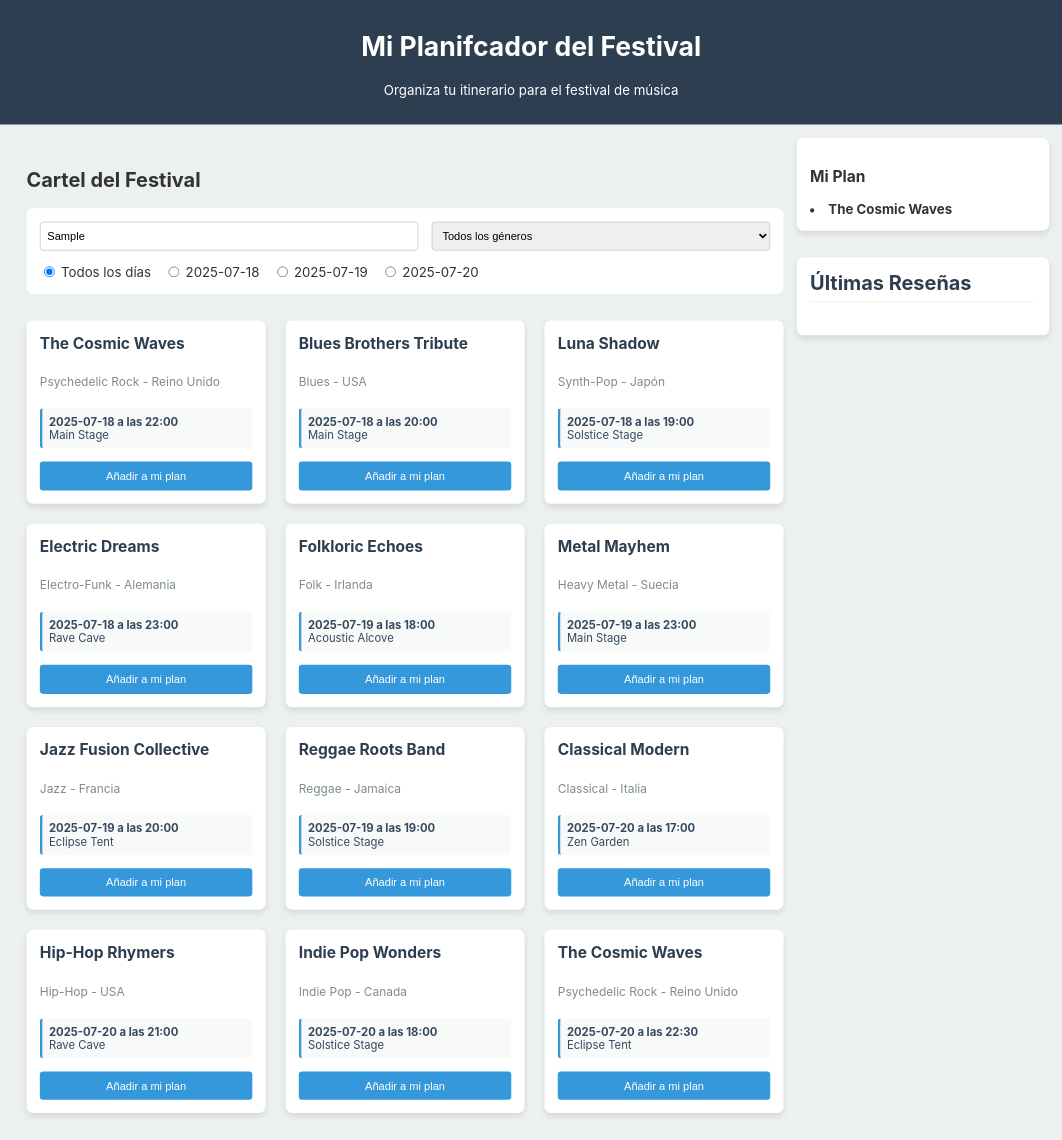
Repository: rotoforze/DWEC
Page: 2_examen_alexBernardos/index.html
The author's editor kept a copy of each file at every save. The page is drawn from the files as they stood at one save, then again after the next save.
The browser window is 1280 px wide. The pictures show the whole page, at 83% of full size.
Empty fields were first filled with sample values (such as "Sample", 5 or name@example.com).
After loading, the first visible `button.add-to-plan` was clicked once.

Above is the page before, as saved 2025-12-12 12:21:46.

### 2_examen_alexBernardos/index.html
<!DOCTYPE html>
<html lang="es">
<head>
    <meta charset="UTF-8">
    <meta name="viewport" content="width=device-width, initial-scale=1.0">
    <title>Festival</title>
    <link rel="stylesheet" href="css/style.css">
</head>
<body>
    <!-- Encabezado principal de la aplicación -->
    <header>
        <h1>Mi Planifcador del Festival</h1>
        <p>Organiza tu itinerario para el festival de música</p>
    </header>

    <!-- Contenedor principal de la aplicación: organiza el dashboard y la columna derecha -->
    <div class="container">
        <!-- Sección principal del dashboard: muestra el cartel del festival y los filtros -->
        <main id="dashboard">
            <h2>Cartel del Festival</h2>
            <!-- Formulario de filtros para buscar y categorizar artistas -->
            <form id="filter-form">
                <input type="text" id="search-name" placeholder="Buscar por nombre...">
                <select id="filter-genre">
                    <option value="">Todos los géneros</option>
                    <!-- Las opciones de género se cargarán aquí dinámicamente mediante JavaScript -->
                </select>
                <div id="filter-day" class="radio-group">
                    <label><input type="radio" name="day" value="" checked> Todos los días</label>
                    <!-- Las opciones de día se cargarán aquí dinámicamente mediante JavaScript -->
                </div>
            </form>
            <!-- Contenedor donde se mostrarán las tarjetas de los artistas filtrados -->
            <div id="artist-list" class="grid-container">
                <!-- Las tarjetas de artistas se insertarán aquí por JavaScript -->
            </div>
        </main>

        <!-- Columna lateral derecha: contiene el plan del usuario y las reseñas -->
        <div class="right-column">
            <!-- Sección para el plan personalizado del usuario -->
            <aside id="my-plan-container">
                <h3>Mi Plan</h3>
                <!-- Lista donde se añadirán las actuaciones seleccionadas por el usuario -->
                <ul id="plan-list">
                    <!-- Las actuaciones añadidas aparecerán aquí por JavaScript -->
                </ul>
            </aside>
            <!-- Sección para mostrar las reseñas de los artistas -->
            <section id="reviews-section">
                <h2>Últimas Reseñas</h2>
                <!-- Contenedor donde se mostrarán las tarjetas de las reseñas -->
                <div id="reviews-list">
                    <!-- Las reseñas se insertarán aquí por JavaScript -->
                </div>
            </section>
        </div>
    </div>

    <!-- Modal para el formulario de reseña (inicialmente oculto) -->
    <div id="review-modal" class="modal-overlay" style="display: none;">
        <div class="modal-content">
            <button class="close-modal">&times;</button>
            <h3 id="modal-artist-name">Dejar reseña para...</h3>
            <!-- Formulario de reseña del artista. La validación se realiza en el cliente. -->
            <form id="review-form" novalidate>
                <div class="form-group">
                    <label>Calificación:</label>
                    <div class="star-rating">
                        <!-- Campos de radio para la calificación por estrellas (5 a 1) -->
                        <input type="radio" id="star5" name="rating" value="5" required><label for="star5" title="5 stars">★</label>
                        <input type="radio" id="star4" name="rating" value="4"><label for="star4" title="4 stars">★</label>
                        <input type="radio" id="star3" name="rating" value="3"><label for="star3" title="3 stars">★</label>
                        <input type="radio" id="star2" name="rating" value="2"><label for="star2" title="2 stars">★</label>
                        <input type="radio" id="star1" name="rating" value="1"><label for="star1" title="1 star">★</label>
                    </div>
                    <span class="error-message"></span>
                </div>
                <div class="form-group">
                    <label for="comment">Comentario:</label>
                    <textarea id="comment" name="comment" rows="4" minlength="15" required></textarea>
                    <span class="error-message"></span>
                </div>
                <div class="form-group">
                    <label for="email">Email:</label>
                    <input type="email" id="email" name="email" required>
                    <span class="error-message"></span>
                </div>
                <button type="submit">Enviar Reseña</button>
            </form>
        </div>
    </div>


    <!-- Mensaje de éxito temporal para confirmaciones de usuario (inicialmente oculto) -->
    <div id="success-message" class="success-message" style="display: none;"></div>

    <!-- Enlace al archivo JavaScript principal de la aplicación.
         El atributo 'type="module"' permite usar importaciones y exportaciones de módulos. -->
    <script src="js/main.js" type="module"></script>
</body>
</html>

### 2_examen_alexBernardos/css/style.css
/* --- GENERALES Y LAYOUT --- */
/* Este bloque define variables globales (--variable) para la paleta de colores y estilos reutilizables.
   También establece los estilos base para la página, como la fuente y la maquetación principal de dos columnas usando Flexbox. */
:root {
    --primary-color: #2c3e50;
    --secondary-color: #3498db;
    --background-color: #ecf0f1;
    --card-bg-color: #ffffff;
    --text-color: #333;
    --error-color: #e74c3c;
    --success-color: #2ecc71;
    --star-color: #f1c40f;
    --border-radius: 8px;
    --box-shadow: 0 4px 8px rgba(0, 0, 0, 0.1);
}

body {
    font-family: -apple-system, BlinkMacSystemFont, "Segoe UI", Roboto, Helvetica, Arial, sans-serif;
    margin: 0;
    background-color: var(--background-color);
    color: var(--text-color);
}

header {
    background-color: var(--primary-color);
    color: white;
    padding: 1rem 2rem;
    text-align: center;
}

.container {
    display: flex;
    flex-wrap: wrap;
    padding: 1rem;
}

main#dashboard {
    flex: 3;
    min-width: 300px;
    padding: 1rem;
}

.right-column {
    flex: 1;
    min-width: 300px;
    display: flex;
    flex-direction: column;
    gap: 2rem;
}

aside#my-plan-container {
    background-color: var(--card-bg-color);
    padding: 1rem;
    border-radius: var(--border-radius);
    box-shadow: var(--box-shadow);
}

/* --- FORMULARIO DE FILTROS --- */
/* Estilos para el formulario que permite al usuario buscar y filtrar artistas. */
#filter-form {
    display: flex;
    flex-wrap: wrap;
    gap: 1rem;
    margin-bottom: 2rem;
    background-color: var(--card-bg-color);
    padding: 1rem;
    border-radius: var(--border-radius);
}

#filter-form input[type="text"],
#filter-form select {
    padding: 0.5rem;
    border: 1px solid #ccc;
    border-radius: 4px;
    flex-grow: 1;
}

.radio-group {
    display: flex;
    gap: 1rem;
    align-items: center;
}

/* --- TARJETAS DE ARTISTAS --- */
/* Define el layout de parrilla para las tarjetas de artistas y el estilo de cada tarjeta individual,
   incluyendo efectos visuales como sombras y animaciones al pasar el ratón. */
.grid-container {
    display: grid;
    grid-template-columns: repeat(auto-fill, minmax(220px, 1fr));
    gap: 1.5rem;
}

.artist-card {
    background: var(--card-bg-color);
    border-radius: var(--border-radius);
    box-shadow: var(--box-shadow);
    padding: 1rem;
    transition: transform 0.2s, box-shadow 0.2s;
    display: flex;
    flex-direction: column;
}

.artist-card:hover {
    transform: translateY(-5px);
    box-shadow: 0 8px 16px rgba(0, 0, 0, 0.15);
}

.artist-card h3 {
    margin-top: 0;
    color: var(--primary-color);
}

.artist-card p {
    font-size: 0.9rem;
    color: #7f8c8d;
    margin: 0.5rem 0;
}

.card-schedule-info {
    font-size: 0.85rem;
    color: #34495e;
    background-color: #f8f9f9;
    padding: 0.5rem;
    border-radius: 4px;
    margin: 1rem 0;
    border-left: 3px solid var(--secondary-color);
}

.card-schedule-info span {
    display: block;
}

.card-schedule-info span:first-child {
    font-weight: bold;
}

.artist-card button {
    background-color: var(--secondary-color);
    color: white;
    border: none;
    padding: 0.6rem 1rem;
    border-radius: 4px;
    cursor: pointer;
    width: 100%;
    margin-top: auto; /* Empuja el botón al final */
    transition: background-color 0.2s;
}

.artist-card button:hover {
    background-color: #2980b9;
}

/* --- SECCIÓN "MI PLAN" --- */
/* Estilos para la lista de actuaciones que el usuario ha seleccionado.
   Incluye el estilo de cada elemento de la lista y sus botones de acción (Eliminar, Dejar reseña). */
#plan-list {
    list-style-type: none;
    padding: 0;
    margin: 0;
}

#plan-list li {
    background-color: #f9f9f9;
    padding: 0.8rem;
    margin-bottom: 0.8rem;
    border-radius: 4px;
    border-left: 5px solid var(--secondary-color);
    position: relative;
}

#plan-list .plan-item-info strong {
    display: block;
    color: var(--primary-color);
}

#plan-list .plan-item-info span {
    font-size: 0.85rem;
    color: #7f8c8d;
}

#plan-list .plan-item-actions {
    margin-top: 0.5rem;
    display: flex;
    gap: 0.5rem;
}

.plan-item-actions button {
    font-size: 0.75rem;
    padding: 0.3rem 0.6rem;
    border-radius: 3px;
    cursor: pointer;
    border: 1px solid;
}

.btn-delete {
    border-color: var(--error-color);
    color: var(--error-color);
    background: transparent;
}
.btn-review {
    border-color: var(--secondary-color);
    color: var(--secondary-color);
    background: transparent;
}
.btn-review:disabled {
    border-color: #ccc;
    color: #ccc;
    cursor: not-allowed;
}


/* --- MODAL --- */
/* Estilos para la ventana modal que aparece superpuesta.
   Define la capa de fondo oscura y el contenedor del contenido del modal. */
.modal-overlay {
    position: fixed;
    top: 0;
    left: 0;
    width: 100%;
    height: 100%;
    background-color: rgba(0, 0, 0, 0.6);
    display: flex;
    justify-content: center;
    align-items: center;
    z-index: 1000;
}

.modal-content {
    background: white;
    padding: 2rem;
    border-radius: var(--border-radius);
    width: 90%;
    max-width: 500px;
    position: relative;
}

.close-modal {
    position: absolute;
    top: 1rem;
    right: 1rem;
    background: none;
    border: none;
    font-size: 1.5rem;
    cursor: pointer;
}

/* --- FORMULARIO DE RESEÑA --- */
/* Define los estilos para el formulario dentro del modal, incluyendo los campos de entrada,
   los mensajes de error de validación y el sistema de calificación por estrellas. */
#review-form .form-group {
    margin-bottom: 1rem;
}

#review-form label {
    display: block;
    margin-bottom: 0.3rem;
}

#review-form input,
#review-form textarea {
    width: 100%;
    padding: 0.5rem;
    border: 1px solid #ccc;
    border-radius: 4px;
    box-sizing: border-box;
}

#review-form button {
    background-color: var(--success-color);
    color: white;
    padding: 0.7rem 1.5rem;
    border: none;
    border-radius: 4px;
    cursor: pointer;
}
.error-message {
    color: var(--error-color);
    font-size: 0.8rem;
    height: 1rem;
    display: block;
}
input:invalid, textarea:invalid {
    border-color: var(--error-color);
}

/* Star Rating: Implementación de calificación por estrellas con inputs de radio y CSS. */
.star-rating {
    display: flex;
    flex-direction: row-reverse;
    justify-content: flex-end;
}

.star-rating input[type="radio"] {
    display: none;
}

.star-rating label {
    color: #ccc;
    cursor: pointer;
    font-size: 2rem;
    margin: 0;
}

.star-rating input[type="radio"]:checked ~ label,
.star-rating label:hover,
.star-rating label:hover ~ label {
    color: var(--star-color);
}

/* --- MENSAJE DE ÉXITO --- */
/* Estilos para la notificación flotante que aparece tras enviar una reseña. */
.success-message {
    position: fixed;
    bottom: 20px;
    left: 50%;
    transform: translateX(-50%);
    background-color: var(--success-color);
    color: white;
    padding: 1rem 2rem;
    border-radius: var(--border-radius);
    z-index: 1001;
    box-shadow: var(--box-shadow);
}


/* --- SECCIÓN DE RESEÑAS --- */
/* Estilos para la sección que muestra las reseñas enviadas y el formato de cada tarjeta de reseña. */
#reviews-section {
    background-color: var(--card-bg-color);
    padding: 1rem;
    border-radius: var(--border-radius);
    box-shadow: var(--box-shadow);
}

#reviews-section h2 {
    text-align: left;
    margin-top: 0;
    margin-bottom: 1.5rem;
    padding-bottom: 0.5rem;
    border-bottom: 1px solid #eee;
    color: var(--primary-color);
}

#reviews-list {
    display: flex;
    flex-direction: column;
    gap: 1rem;
}

.review-card {
    background: #f9f9f9;
    border-radius: var(--border-radius);
    padding: 1rem;
    display: flex;
    flex-direction: column;
    border-left: 5px solid var(--secondary-color);
}

.review-card h4 {
    margin: 0 0 0.5rem 0;
    color: var(--primary-color);
}

.review-card-rating {
    color: var(--star-color);
    font-size: 1.2rem;
    margin-bottom: 1rem;
}

.review-card-comment {
    font-style: italic;
    color: #555;
    margin: 0;
}


/* --- RESPONSIVE --- */
/* Contiene las Media Queries para adaptar el diseño a diferentes tamaños de pantalla,
   como apilar las columnas en dispositivos móviles. */
@media (max-width: 992px) {
    .container {
        flex-direction: column;
    }
    .right-column {
        margin-top: 2rem;
        gap: 2rem;
    }
}

### 2_examen_alexBernardos/js/main.js
// js/main.js

import { cargarDatos } from "./dataManager.js";

function init(){
    // iniciamos la app
    console.log('%c Iniciando...', "color:green;");

    cargarDatos();

}


document.addEventListener('DOMContentLoaded', init);

### 2_examen_alexBernardos/js/dataManager.js
import { addFecha, renderTarjetas } from "./renderer.js";

let horarios;
let horariosFiltrados;
let artistas;
let escenarios;
let generos = [];
let fechas = [];

/**
 * Carga los datos de los JSON, añade el contenido y pone los eventos.
 * Básicamente carga todo...
 */
export async function cargarDatos() {

    console.log('%c Cargando datos de horarios.json, artistas.json, escenarios.json.', 'color:blue;');
    // guardo los horarios
    horarios = await fetchRute("./data/horarios.json");
    // guardo los artistas
    artistas = await fetchRute("./data/artistas.json");
    // guardo los escenarios
    escenarios = await fetchRute("./data/escenarios.json");
    console.log('%c Datos de horarios.json, artistas.json, escenarios.json, cargados correctamente.', 'color:blue;');

    sacarGeneros();
    ponerGenerosEnSelect();
    ponerFechas();
    document.querySelector('#search-name').addEventListener('input', filtrar);
    filtrar();
}

/**
 * Saca los generos de los artistas y los mete en un array
 * no admite duplicados
 */
function sacarGeneros() {
    for (const artista of artistas) {
        if (!generos.includes(artista.genero)) {
            generos.push(artista.genero);
        }
    }
}

/**
 * Pone los generos en el select.
 */
function ponerGenerosEnSelect() {
    const listaGeneros = document.querySelector('#filter-genre');
    generos.map((genero, clave) => {
        listaGeneros.innerHTML += (`
            <option value="${clave}">${genero}</option>
            `);
    });
    listaGeneros.addEventListener('input', filtrar)
}
/**
 * Separa las fechas únicas y llama a addFecha para meter las fechas en el DOM
 * Después se encarga de poner los eventos.
 */
function ponerFechas() {
    for (const horario of horarios) {
        if (!fechas.includes(horario.dia)) {
            fechas.push(horario.dia);
        }
    }
    for (const fecha of fechas) {
        addFecha(fecha);
    }

    document.querySelectorAll('[name="day"]').forEach((radioBtn) => {
        radioBtn.addEventListener("click", filtrar)
    })
}

/**
 * Recibe un id de un artista y devuelve el objeto correspondiente
 *
 * @param {String} id
 * @returns {object}
 */
export function getArtista(id) {
    for (const artista of artistas) {
        if (artista.id == id) {
            return artista;
        }
    }
}

/**
 * Recibe un id de un escenario y devuelve el objeto correspondiente
 *
 * @param {String} id
 * @returns {object}
 */
export function getEscenario(id) {
    for (const escenario of escenarios) {
        if (escenario.id == id) {
            return escenario;
        }
    }
}

/**
 * Recibe un id de artista, un id de escenario y una fecha
 * y devuelve el objeto que coinicida con esas especificaciones
 *
 * @param {String} artistaId
 * @param {String} escenarioId
 * @param {String} dia
 * @returns {Object}
 */
export function getHorario(artistaId, escenarioId, dia) {
        for (const horario of horarios) {
        if (horario.artistaId == artistaId && horario.escenarioId == escenarioId
            && horario.dia == dia) {
            return horario;
        }
    }
}

/**
 * Filtra y renderiza los horarios
 */
function filtrar() {
    console.log("%c Filtrando...", "color:green;")
    horariosFiltrados = horarios;
    // filtro por fecha
    const fecha = document.querySelector("form").day.value;
    if (fecha) {
        horariosFiltrados = horariosFiltrados.filter((horario) => {
            if (horario.dia == fecha) return horario;
        });
    }
    // filtro por genero
    const generoActual = generos[document.querySelector('#filter-genre').value];
    if (generoActual) {
        horariosFiltrados = horariosFiltrados.filter((horario) => {
            if (getArtista(horario.artistaId).genero == generoActual) {
                return horario;
            }
        })
    }

    // filtro por busqueda
    const busqueda = document.querySelector('#search-name').value;
    if (busqueda) {
        console.log(busqueda)
        horariosFiltrados = horariosFiltrados.filter((horario) => {
            console.log(getArtista(horario.artistaId).nombre.toLowerCase())
            if (getArtista(horario.artistaId).nombre.toLowerCase().includes(busqueda.toLowerCase())) {
                return horario;
            }
        })
    }

    renderTarjetas(horariosFiltrados);
}

/**
 * Recibe una ruta, usando una promesa, hace un fetch y devuelve su resultado.
 *
 * @param {File} rute
 */
async function fetchRute(rute) {
    return new Promise((resolve, reject) =>
        fetch(rute)
            .then(resp => resp.json())
            .then((data) => resolve(data))
            .catch((error) => reject(error)));
}

### 2_examen_alexBernardos/js/renderer.js
import { getArtista, getEscenario, getHorario } from "./dataManager.js";
/**
 * Recibe los horarios y usando la función nuevatarjeta, los crea y añade al dom
 *
 * @param {Object} horarios
 */
export function renderTarjetas(horarios) {
    const contenedor = document.querySelector("#artist-list");
    contenedor.innerHTML = "";
    if (horarios.length == 0) {
        contenedor.innerHTML += (`<h3>No hay coincidencias para los filtros.</h3>`);

    }else {
        for (const horario of horarios) {
            contenedor.innerHTML += nuevaTarjeta(horario.artistaId, horario.dia,
                                        horario.horaInicio, horario.escenarioId);
        }
        document.querySelectorAll('.add-to-plan').forEach((btn) => {
            btn.addEventListener('click', () => {
                const horario = getHorario(btn.getAttribute('data-artistaid'),
                btn.getAttribute('data-escenarioid'), btn.getAttribute('data-fecha'));
                if (horario) {
                    addPlan(horario);
                }
            })
        });
    }
}

/**
 * Crea el contenido html con los datos recibidos y lo devuelve.
 *
 * @param {String} artistaId
 * @param {String} dia
 * @param {String} horaInicio
 * @param {String} escenarioId
 * @returns {HTMLElement}
 */
function nuevaTarjeta(artistaId, dia, horaInicio, escenarioId) {
    return (`
        <div class="artist-card">
            <h3>${getArtista(artistaId).nombre}</h3>
            <p>${getArtista(artistaId).genero} - ${getArtista(artistaId).pais}</p>
            <div class="card-schedule-info">
                <span>${dia} a las ${horaInicio}</span>
                <span>${getEscenario(escenarioId).nombre}</span>
            </div>
            <button class="add-to-plan" data-artistaId="${artistaId}"
            data-escenarioId="${escenarioId}" data-fecha="${dia}">Añadir a mi plan</button>
        </div>
        `);
}

/**
 *
 * Recibe un artista
 *
 * @param {String} artistaId
 */
function addPlan(horario) {
    document.querySelector("#my-plan-container").innerHTML += (`
        <li class="plan-item-info">
            <strong>${getArtista(horario.artistaId).nombre}</strong>
        </li>
        `);
}

/**
 * Recibe una fecha y la añade al dom como radiobutton
 *
 * @param {String} fecha
 */
export function addFecha(fecha) {
    document.querySelector('#filter-day').innerHTML += (`
        <label>
            <input type="radio" name="day" value="${fecha}">
            ${fecha}
        </label>
        `);
}

### 2_examen_alexBernardos/data/escenarios.json
[
  {
    "id": "e1",
    "nombre": "Solstice Stage",
    "capacidad": 15000,
    "ubicacion": "Zona Norte"
  },
  {
    "id": "e2",
    "nombre": "Eclipse Tent",
    "capacidad": 5000,
    "ubicacion": "Zona Oeste"
  },
  {
    "id": "e3",
    "nombre": "Zen Garden",
    "capacidad": 3000,
    "ubicacion": "Zona Sur"
  },
  {
    "id": "e4",
    "nombre": "Rave Cave",
    "capacidad": 7000,
    "ubicacion": "Zona Este"
  },
  {
    "id": "e5",
    "nombre": "Acoustic Alcove",
    "capacidad": 1000,
    "ubicacion": "Centro"
  },
  {
    "id": "e6",
    "nombre": "Main Stage",
    "capacidad": 20000,
    "ubicacion": "Entrada Principal"
  },
  {
    "id": "e7",
    "nombre": "Chill Zone",
    "capacidad": 2000,
    "ubicacion": "Junto al Lago"
  },
  {
    "id": "e8",
    "nombre": "Groove Ground",
    "capacidad": 6000,
    "ubicacion": "Área de Comida"
  },
  {
    "id": "e9",
    "nombre": "Tech Temple",
    "capacidad": 4000,
    "ubicacion": "Bosque"
  },
  {
    "id": "e10",
    "nombre": "Vibe Village",
    "capacidad": 2500,
    "ubicacion": "Campamento"
  }
]

Loaded but not shown: 2_examen_alexBernardos/data/artistas.json (90 lines, source omitted); 2_examen_alexBernardos/data/horarios.json (86 lines, source omitted)

After the next save:
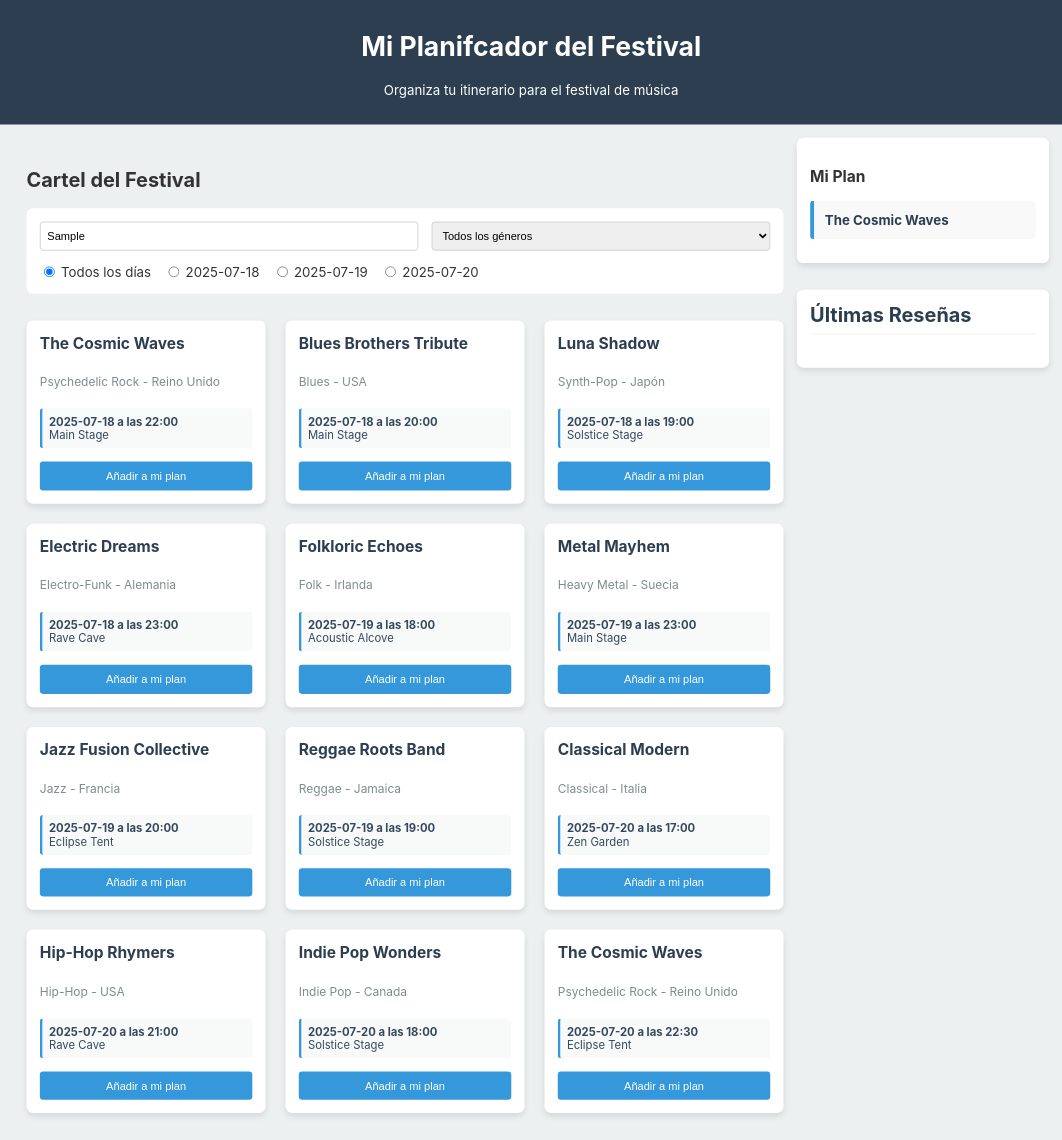
Saved 21 s later.
--- a/2_examen_alexBernardos/js/renderer.js
+++ b/2_examen_alexBernardos/js/renderer.js
@@ -58,7 +58,7 @@ function nuevaTarjeta(artistaId, dia, horaInicio, escenarioId) {
  * @param {String} artistaId
  */
 function addPlan(horario) {
-    document.querySelector("#my-plan-container").innerHTML += (`
+    document.querySelector("#plan-list").innerHTML += (`
         <li class="plan-item-info">
             <strong>${getArtista(horario.artistaId).nombre}</strong>
         </li>
